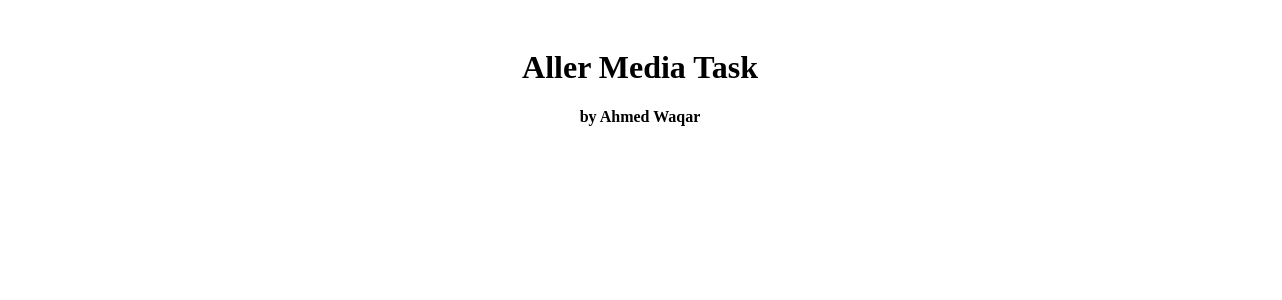
Repository: waqarmalyk/Back-to-front
Page: /
The author's editor kept a copy of each file at every save. The page is drawn from the files as they stood at one save, then again after the next save.
The browser window is 1280 px wide. The page is 1282 px wide, so the pictures cover 1282 px, including what lies to the right of the window. The pictures show the whole page.
The page's requests for data from a server got no answer. The project was rebuilt for these pictures with package versions that can differ from the ones it lists, and the page was loaded fresh each time. No one was signed in, and anything a server would have sent is missing.

Above is the page before, as saved 2022-02-06 11:07:52.

### src/App.js
import "./App.css";
import Get from "./components/Get";

function App() {
  return (
    <>
      <header className="App">
        <h1>Aller Media Task </h1>
        <p>by Ahmed Waqar</p>
      </header>
      <Get />
    </>
  );
}

export default App;

### src/App.css
.App {
text-align: center;
font-weight: 600;
padding: 30px;
background-color:rgb(255, 255, 255);
color: black;
margin: -10px -10px
}

.container {
  margin: 2em;
}
.row {
  display: flex;
}

/* Grid Classes */
.col-1{
  width: 8.33%;
}
.col-2 {
  width: 16.66%;
}
.col-3 {
  width: 24.99%;
}
.col-4 {
  width: 33.33%;
}
.col-5 {
  width: 41.66%;
}
.col-6 {
  width: 50%;
}
.col-7 {
  width: 58.33%;
}
.col-8 {
  width: 66.66%;
}
.col-9 {
  width: 74.99%;
}
.col-10 {
  width: 83.33%;
}
.col-11 {
  width: 91.66%;
}
.col-12 {
  width: 100%;
}

### src/components/Get.js
import React, { useState, useEffect, useRef } from "react";
import axios from "axios";

function Get() {
  const ref = useRef(null);

  const [data, setData] = useState([]);
  const [singleWidth, setSingleWidth] = useState(null);

  useEffect(() => {
    setSingleWidth(ref.current.offsetWidth / 12);
    axios
      .get("https://storage.googleapis.com/aller-structure-task/test_data.json")
      .then((res) => {
        setData(res.data[0]);
      })
      .catch((err) => {
        console.log(err);
      });
  }, []);
  return (
    <div className="container" ref={ref}>
      {console.log(singleWidth, data)}
      {data.length > 0 &&
        !!singleWidth &&
        data.map((row, rowIndex) => (
          <div className="row" key={rowIndex}>
            {row.columns.map((column, columnIndex) => (
              <div
                className={"article img  col-" + column.width}
                key={columnIndex}
              >
                <img
                  src={
                    column.imageUrl +
                    "&width=" +
                    singleWidth * column.width +
                    "&height="
                  }
                  alt={column.title}
                />
                <h2 className="flap">{column.title + " - " + column.width}</h2>
              </div>
            ))}
          </div>
        ))}
    </div>
  );
}

export default Get;

Loaded but not shown: public/index.html (common file); src/index.js (common file)

After the next save:
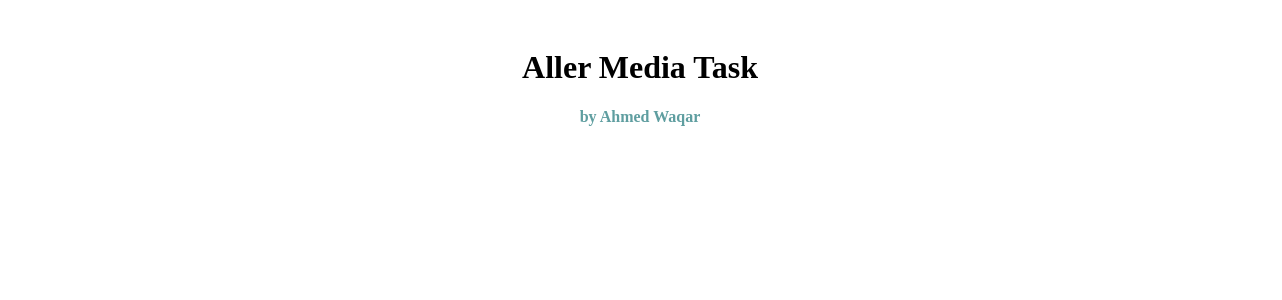
Saved 34 s later.
--- a/src/App.css
+++ b/src/App.css
@@ -5,6 +5,9 @@
 background-color:rgb(255, 255, 255);
 color: black;
 margin: -10px -10px
+}
+p{
+  color:cadetblue;
 }
 
 .container {
